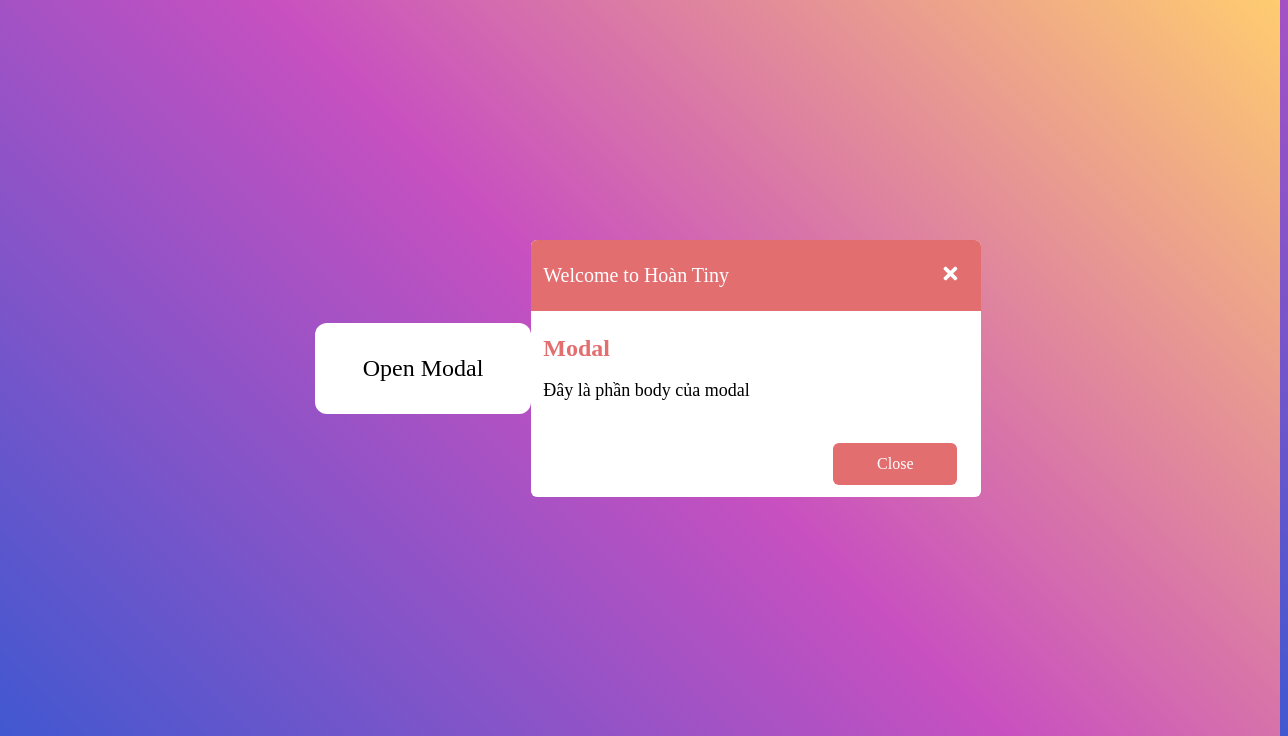
Repository: HoanTiny/30projects-30day
Page: Day 3/index.html
An editor plug-in stored every save of this project. The page is shown before and after the next save, followed by the edit.
The browser window is 1280 px wide. The page is 1288 px wide, so the pictures cover 1288 px, including what lies to the right of the window. The pictures show the whole page.
Some web libraries are served in a nearby version.

Above is the page before, as saved 2021-12-01 16:12:56.

After the next save:
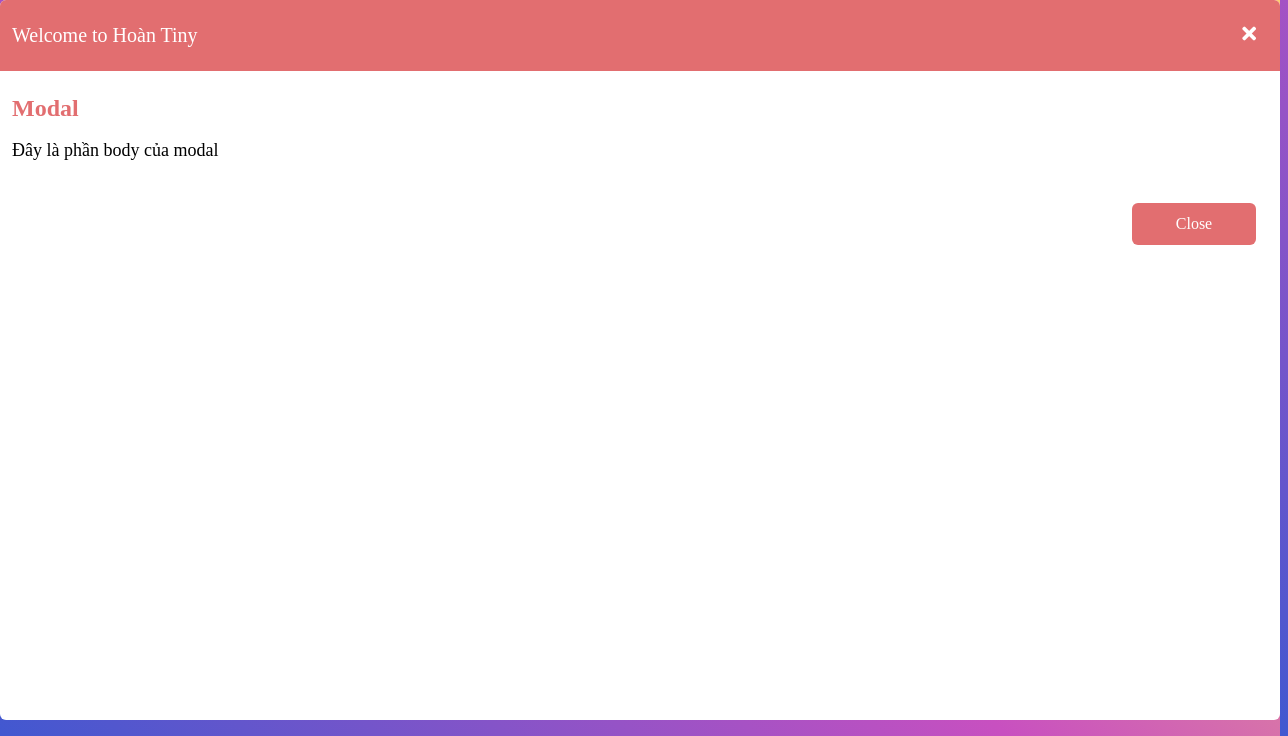
Saved 36 s later.
--- a/Day 3/styles.css
+++ b/Day 3/styles.css
@@ -21,6 +21,11 @@ body {
     width: 450px;
     border-radius: 6px;
     overflow: hidden;
+    position: absolute;
+    top: 0;
+    left: 0;
+    width: 100%;
+    height: 100vh;
 }
 
 .container {
